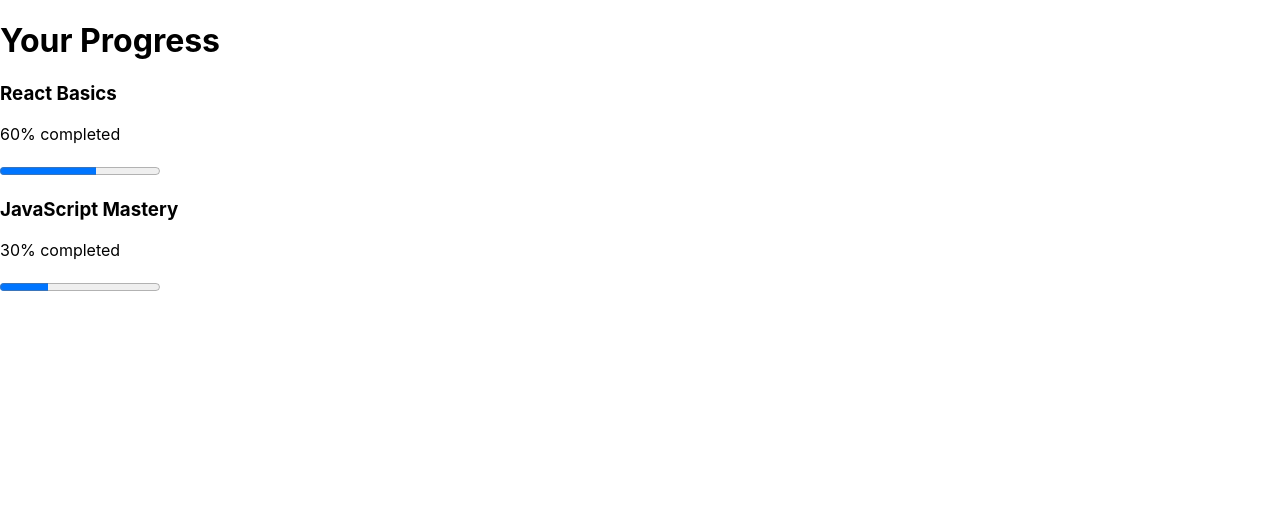
Repository: sashwanth-7/coursera-clone
Page: /dashboard
An editor plug-in stored every save of this project. The page is shown before and after the next save, followed by the edit.
The browser window is 1280 px wide. The pictures show the whole page.
The project was rebuilt for these pictures with package versions that can differ from the ones it lists, and the page was loaded fresh each time. Also part of the build but not shown: src/components/CourseCard.jsx, src/pages/Home.jsx, src/pages/CourseDetails.jsx, src/pages/Learning.jsx.

Above is the page before, as saved 2026-03-19 14:41:42.

### src/App.js
import { BrowserRouter, Routes, Route } from "react-router-dom";
import Home from "./pages/Home";
import CourseDetails from "./pages/CourseDetails";
import Learning from "./pages/Learning";
import Dashboard from "./pages/Dashboard";

function App() {
  return (
    <BrowserRouter>
      <Routes>
        <Route path="/" element={<Home />} />
        <Route path="/course/:id" element={<CourseDetails />} />
        <Route path="/learn/:id" element={<Learning />} />
        <Route path="/dashboard" element={<Dashboard />} />
      </Routes>
    </BrowserRouter>
  );
}

export default App;

### src/pages/Dashboard.jsx
import courses from "../data/courses";

function Dashboard() {
  return (
    <div className="container">
      <h1>Your Progress</h1>

      {courses.map(course => (
        <div key={course.id} className="progress-card">
          <h3>{course.title}</h3>
          <p>{course.progress}% completed</p>

          <progress value={course.progress} max="100"></progress>
        </div>
      ))}
    </div>
  );
}

export default Dashboard;

### src/data/courses.js
const courses = [
  {
    id: 1,
    title: "React Basics",
    description: "Learn React step by step",
    image: "https://source.unsplash.com/400x200/?react",
    progress: 60,
    video: "https://www.youtube.com/embed/dGcsHMXbSOA"
  },
  {
    id: 2,
    title: "JavaScript Mastery",
    description: "Deep dive into JS",
    image: "https://source.unsplash.com/400x200/?javascript",
    progress: 30,
    video: "https://www.youtube.com/embed/hdI2bqOjy3c"
  }
];

export default courses;

### src/components/Navbar.jsx
import { Link } from "react-router-dom";

function Navbar() {
  return (
    <div className="navbar">
      <h2>CourseHub</h2>

      <div>
        <Link to="/">Home</Link>
        <Link to="/dashboard">Dashboard</Link>
      </div>
    </div>
  );
}

export default Navbar;

### src/styles/global.css
body {
  margin: 0;
  font-family: 'Poppins', sans-serif;
  background: #f4f7ff;
}

/* Navbar */
.navbar {
  display: flex;
  justify-content: space-between;
  padding: 15px 30px;
  background: linear-gradient(90deg, #0056d2, #00c6ff);
  color: white;
}

.navbar a {
  color: white;
  margin-left: 20px;
  text-decoration: none;
}

/* Container */
.container {
  max-width: 1200px;
  margin: auto;
  padding: 20px;
}

/* Grid */
.course-grid {
  display: grid;
  grid-template-columns: repeat(auto-fit, minmax(280px, 1fr));
  gap: 25px;
}

/* Card */
.card {
  background: white;
  border-radius: 15px;
  overflow: hidden;
  box-shadow: 0 10px 25px rgba(0,0,0,0.08);
  transition: 0.3s;
}

.card:hover {
  transform: translateY(-8px);
}

.card img {
  width: 100%;
  height: 160px;
  object-fit: cover;
}

.card-content {
  padding: 15px;
}

/* Button */
.btn {
  background: #0056d2;
  color: white;
  border: none;
  padding: 10px;
  border-radius: 8px;
  cursor: pointer;
  width: 100%;
  margin-top: 10px;
}

/* Dashboard */
.progress-card {
  background: white;
  padding: 15px;
  border-radius: 10px;
  margin-bottom: 15px;
}

Loaded but not shown: public/index.html (common file); src/index.js (common file); src/index.css (common file); src/reportWebVitals.js (common file)

After the next save:
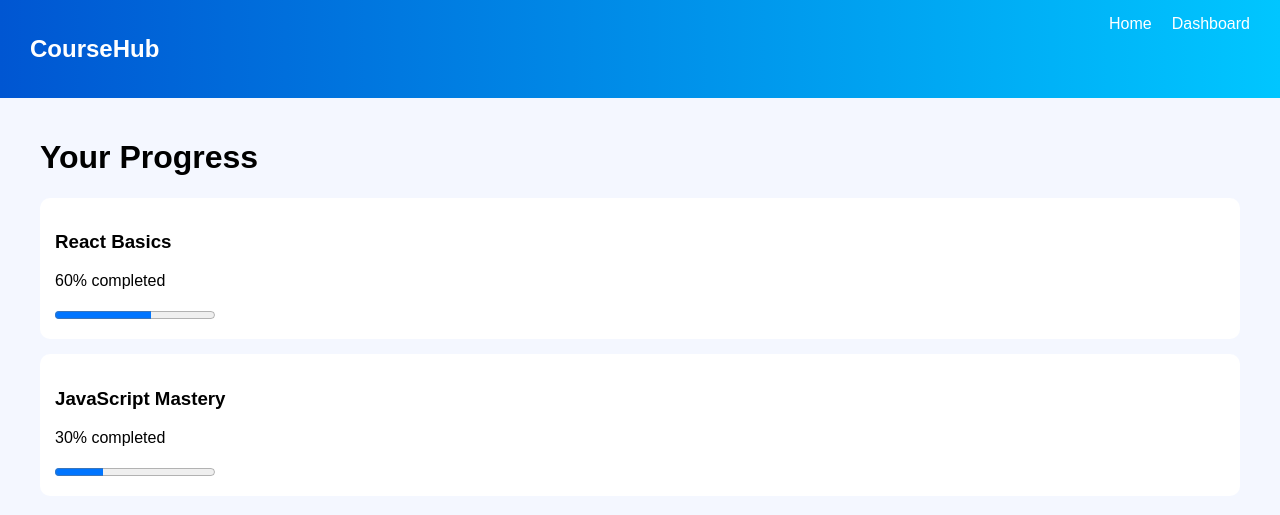
Saved 19 s later.
--- a/src/App.js
+++ b/src/App.js
@@ -1,12 +1,16 @@
 import { BrowserRouter, Routes, Route } from "react-router-dom";
+import Navbar from "./components/Navbar";
 import Home from "./pages/Home";
 import CourseDetails from "./pages/CourseDetails";
 import Learning from "./pages/Learning";
 import Dashboard from "./pages/Dashboard";
+import "./styles/global.css";
 
 function App() {
   return (
     <BrowserRouter>
+      <Navbar />
+
       <Routes>
         <Route path="/" element={<Home />} />
         <Route path="/course/:id" element={<CourseDetails />} />
